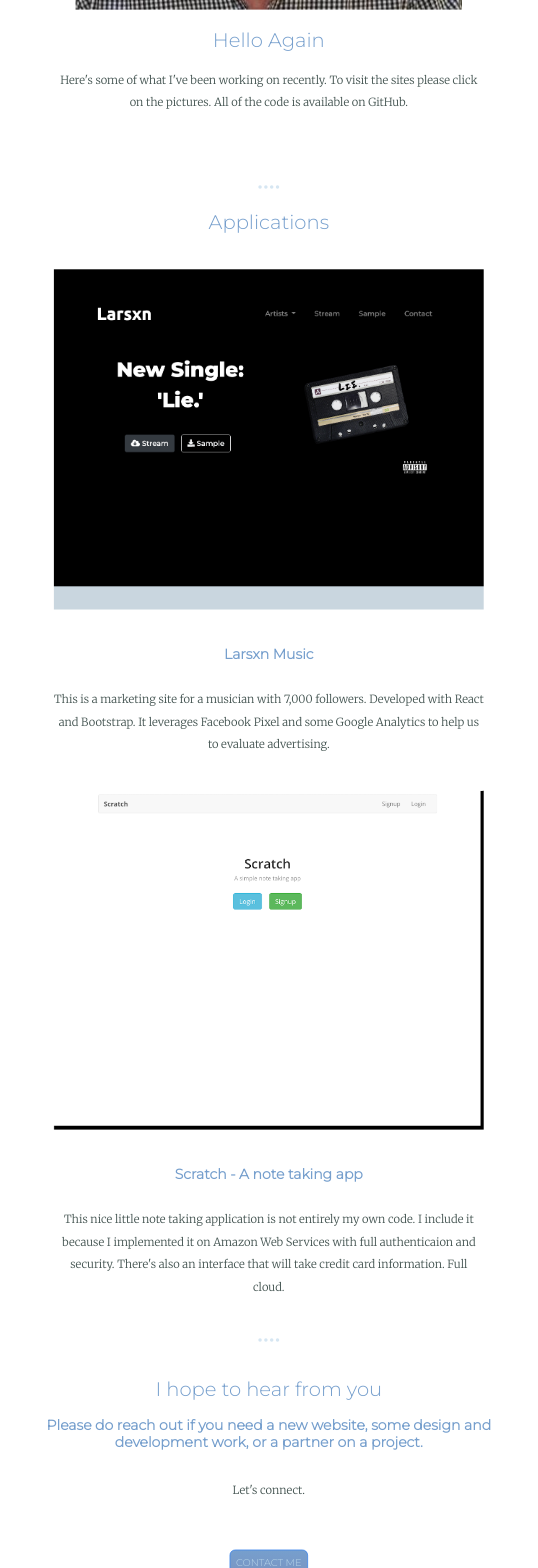
Repository: EpiTao-LLC/Personal_web_page
Page: pages/portfolio.html
The author's editor kept a copy of each file at every save. The page is drawn from the files as they stood at one save, then again after the next save.
The browser window is 768 px wide. The pictures show the part of the page from y = 1604 to 3844 px (the page is 4239 px tall before and 4224 px after), at 70% of full size.

Above is the page before, as saved 2020-10-11 22:09:32.

After the next save:
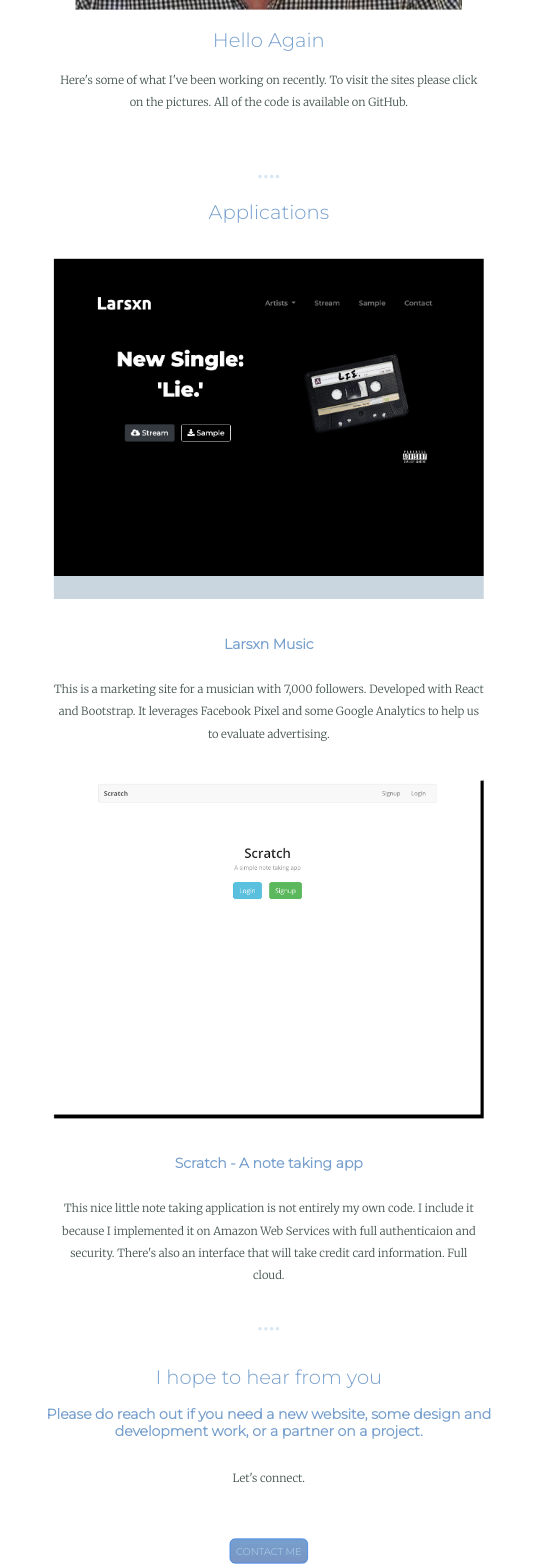
Saved 9 s later.
--- a/css/styles.css
+++ b/css/styles.css
@@ -233,7 +233,7 @@ a:hover{
         width: 80%;
         margin: 50px auto 10px auto;
         text-align: center;
-        padding-bottom: 10%;
+        padding-bottom: 8%;
     }
     .skills {
         margin-top: 0px;
